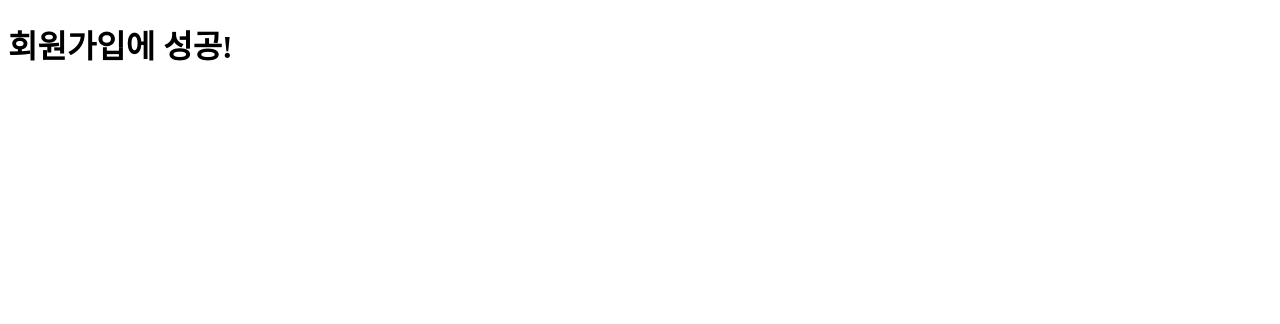
Repository: SEOGWANGWON/jsp_workspace
Page: http://localhost/join/register_success.jsp
These files come from the project's save history. The page is drawn as it stood at one moment and after the next save; the edit follows.
The browser window is 1280 px wide. The pictures show the whole page.
The page is served by Tomcat 9.

Above is the page before, as saved 2023-11-07 02:09:02.

After the next save:
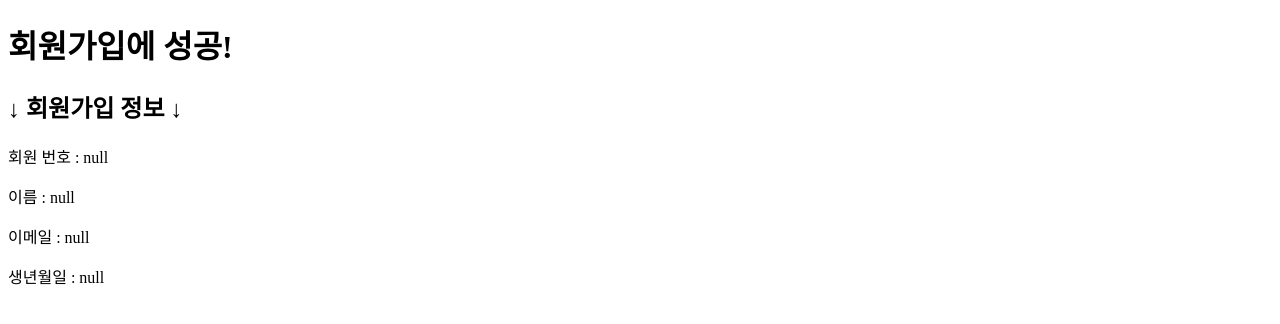
Saved 11 min 10 s later.
--- a/join/src/main/webapp/register_success.jsp
+++ b/join/src/main/webapp/register_success.jsp
@@ -4,9 +4,15 @@
 <html>
 	<head>
 	<meta charset="EUC-KR">
-	<title>Insert title here</title>
+	<title>회원가입 성공하셨습니다.</title>
 	</head>
 	<body>
-		<h1>회원가입에 성공!</h1>
+		<h1> 회원가입에 성공! </h1>
+		<h2> ↓ 회원가입 정보 ↓ </h2>
+		<p> 회원 번호 : <%= session.getAttribute("mno") %> </p>
+		<p> 이름 : <%= session.getAttribute("mname") %></p>
+		<p> 이메일 : <%= session.getAttribute("memail") %></p>
+		<p> 생년월일 : <%= session.getAttribute("mbirth") %></p>
+
 	</body>
 </html>
